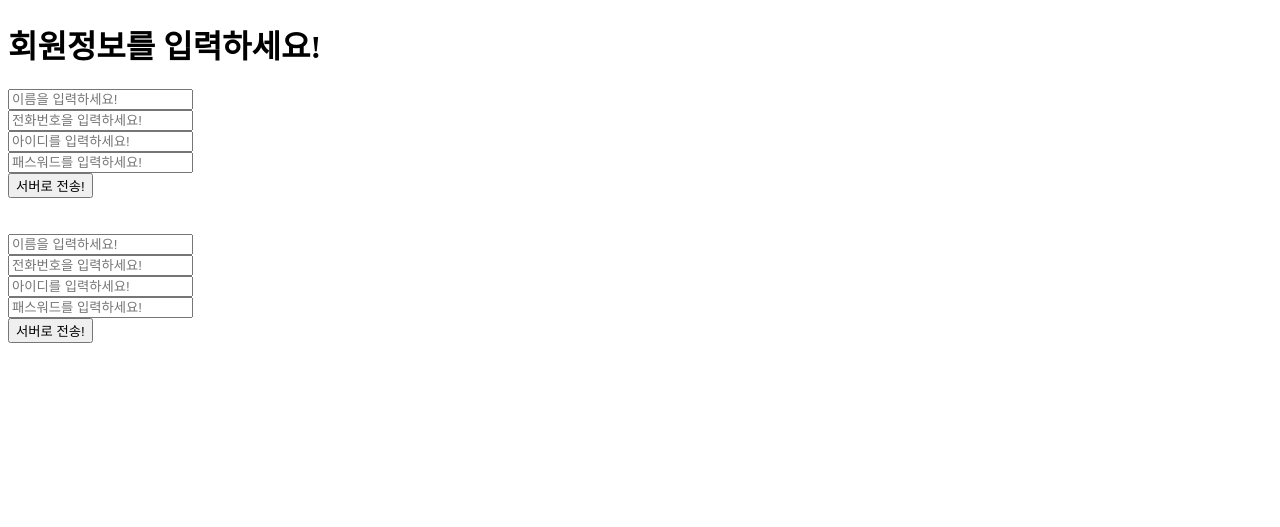
Repository: shashak23/spring_workspace
Page: springweb/src/main/webapp/resources/sample02/memberForm.html
These files come from the project's save history. The page is drawn as it stood at one moment and after the next save; the edit follows.
The browser window is 1280 px wide. The pictures show the whole page.

Above is the page before, as saved 2023-02-27 03:08:38.

After the next save:
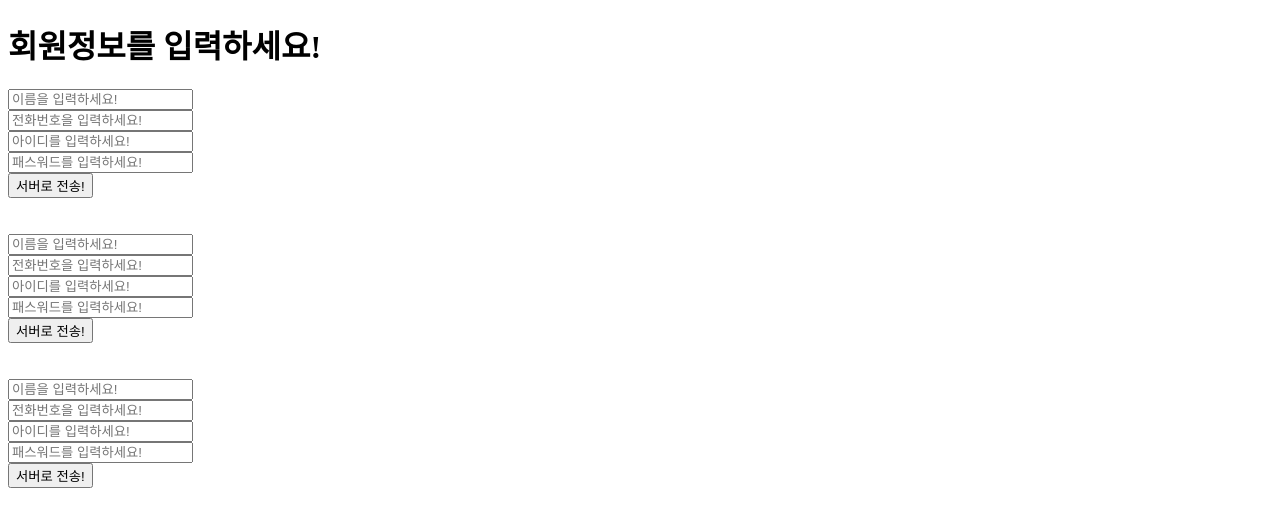
Saved 33 s later.
--- a/springweb/src/main/webapp/resources/sample02/memberForm.html
+++ b/springweb/src/main/webapp/resources/sample02/memberForm.html
@@ -15,7 +15,9 @@
 		<input type="submit" value="서버로 전송!">
 	<!-- MemberController 연결하기  -->
 	</form>
+
 	<br><br>
+
 	<form action="/springweb/member2" method="POST">
 		<input type="text" placeholder="이름을 입력하세요!" name="name"><br>
 		<input type="text" placeholder="전화번호을 입력하세요!" name="phone"><br>
@@ -25,5 +27,16 @@
 		<input type="submit" value="서버로 전송!">
 	<!-- MemberController 연결하기  -->
 	</form>
-</body>
+
+	<br><br>
+
+	<form action="/springweb/member2" method="POST">
+		<input type="text" placeholder="이름을 입력하세요!" name="name"><br>
+		<input type="text" placeholder="전화번호을 입력하세요!" name="phone"><br>
+		<input type="text" placeholder="아이디를 입력하세요!" name="id"><br>
+		<input type="password" placeholder="패스워드를 입력하세요!" name="pw"><br>
+
+		<input type="submit" value="서버로 전송!">
+	<!-- MemberController 연결하기  -->
+	</form>
 </html>
